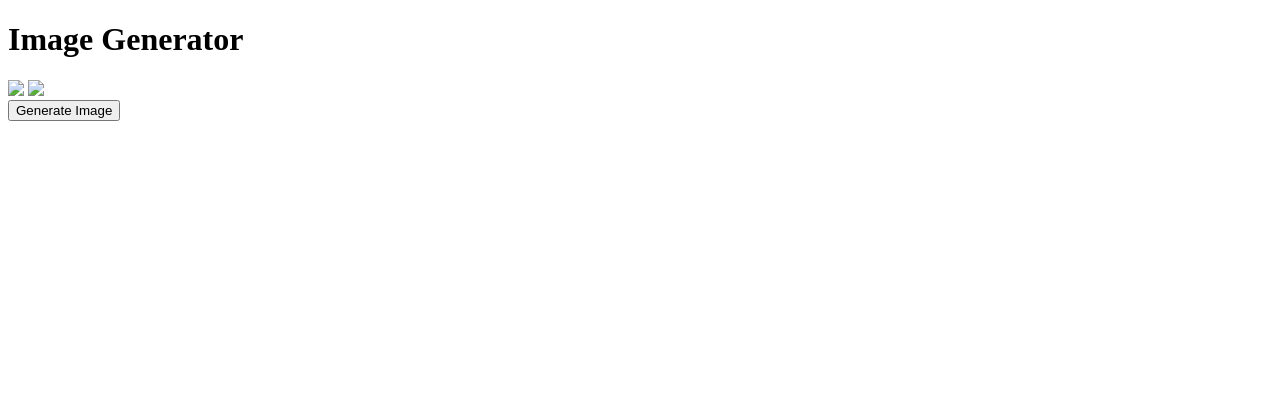
Repository: hn-yu/hn-yu.github.io
Page: index.html
These files come from the project's save history. The page is drawn as it stood at one moment and after the next save; the edit follows.
The browser window is 1280 px wide. The pictures show the whole page.

Above is the page before, as saved 2023-03-30 06:52:23.
Not found: images/source10_1.tif
Not found: images/source10_2.tif

### index.html
<!DOCTYPE html>
<html>
  <head>
    <title>Image Generator</title>
    <script src="https://code.jquery.com/jquery-3.6.0.min.js"></script>
    <script>
      function generateImage() {
        $.ajax({
          type: "POST",
          url: "/generate",
          data: {
            image1: $("#image1").attr("src"),
            image2: $("#image2").attr("src")
          },
          success: function(data) {
            $("#result-image").attr("src", data.result);
            $("#result-image-container").show();
          }
        });
      }
    </script>
  </head>
  <body>
    <h1>Image Generator</h1>
    <img id="image1" src="images/source10_1.tif">
    <img id="image2" src="images/source10_2.tif">
    <br>
    <button onclick="generateImage()">Generate Image</button>
    <br>
    <div id="result-image-container" style="display:none">
      <h2>Result Image</h2>
      <img id="result-image">
    </div>
  </body>
</html>

After the next save:
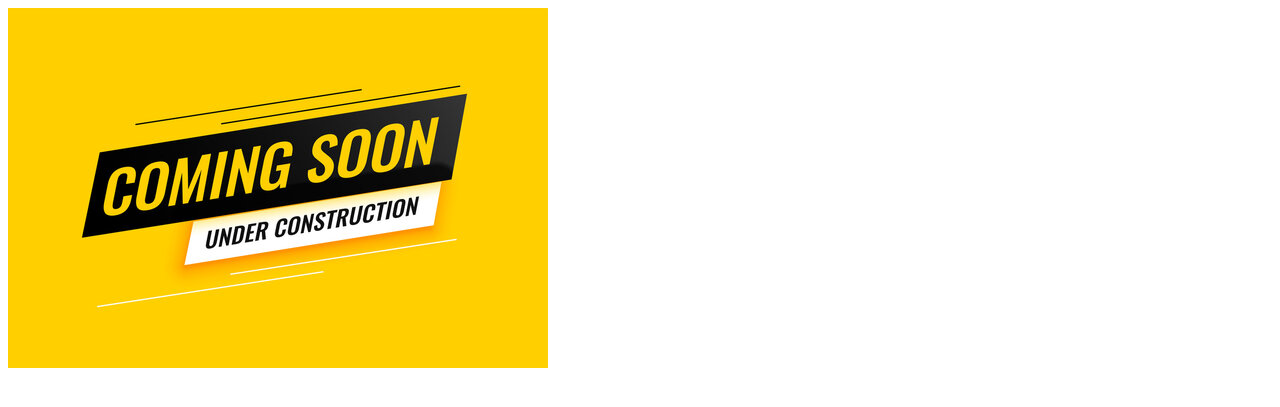
Saved 8 days later.
--- a/index.html
+++ b/index.html
@@ -1,35 +1,13 @@
 <!DOCTYPE html>
 <html>
   <head>
-    <title>Image Generator</title>
-    <script src="https://code.jquery.com/jquery-3.6.0.min.js"></script>
-    <script>
-      function generateImage() {
-        $.ajax({
-          type: "POST",
-          url: "/generate",
-          data: {
-            image1: $("#image1").attr("src"),
-            image2: $("#image2").attr("src")
-          },
-          success: function(data) {
-            $("#result-image").attr("src", data.result);
-            $("#result-image-container").show();
-          }
-        });
-      }
-    </script>
+    <title>
+      Haonan Yu's Homepage
+    </title>
   </head>
   <body>
-    <h1>Image Generator</h1>
-    <img id="image1" src="images/source10_1.tif">
-    <img id="image2" src="images/source10_2.tif">
-    <br>
-    <button onclick="generateImage()">Generate Image</button>
-    <br>
-    <div id="result-image-container" style="display:none">
-      <h2>Result Image</h2>
-      <img id="result-image">
+    <div>
+      <img src="images/Comming.jpg" alt="under construction">
     </div>
   </body>
 </html>
